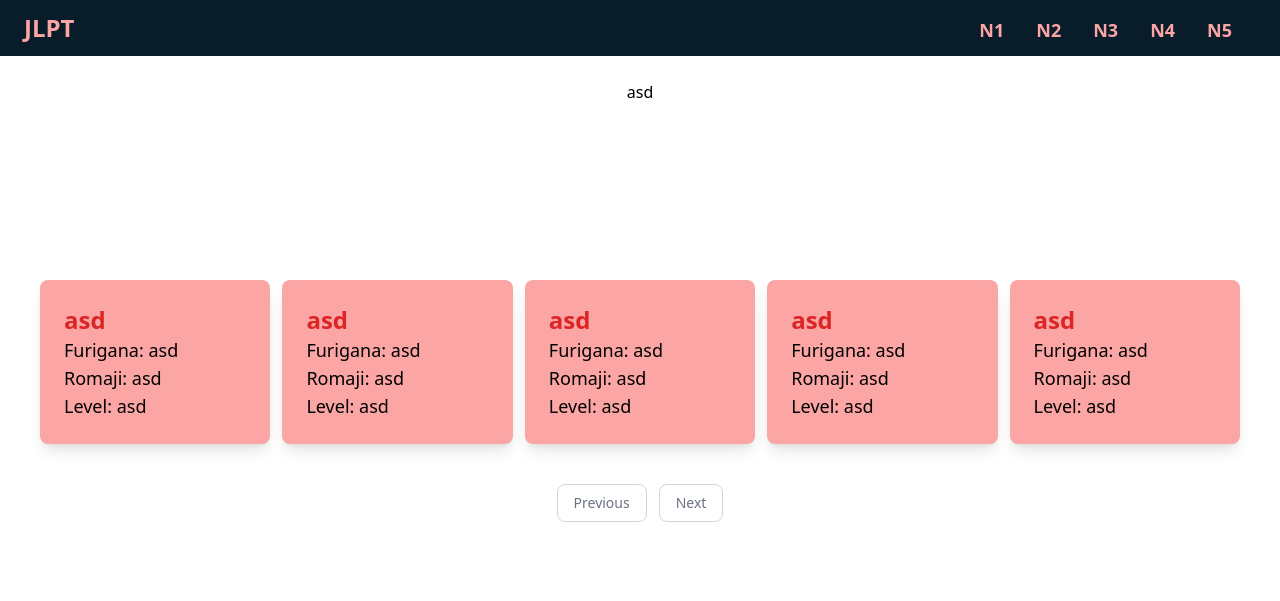
Repository: Penglee25/JLPT-vocabulary
Page: /n1
The author's editor kept a copy of each file at every save. The page is drawn from the files as they stood at one save, then again after a run of saves.
The browser window is 1280 px wide. The pictures show the whole page.
The project was rebuilt for these pictures with package versions that can differ from the ones it lists, and the page was loaded fresh each time. The framework's server and built-in components were replaced by stand-ins that run in the browser. Also part of the build but not shown: next.config.js, src/styles/main.css.

Above is the page before, as saved 2023-03-17 13:41:36.

### src/pages/_app.tsx
import type { AppProps } from 'next/app';
import React from 'react';
import Head from '../components/head';

import '../styles/global.css';
import '../styles/main.css';

function MyApp({ Component, pageProps }: AppProps) {
  return (
    <React.Fragment>
      <Head />
      <Component {...pageProps} />
    </React.Fragment>
  )
}

export default MyApp;

### src/pages/n1.tsx
import Navbar from "../components/navbar";

export default function n1() {

    return (
        <div>
            <Navbar />
            <div className="container p-10">

                <div className="text-center mt-10">
                    <h1>asd</h1>
                </div>


                <div className=" mt-44 grid md:grid-cols-5 gap-3 grid-cols-3">
                    <div key={0} className="block rounded-lg bg-red-300 p-6 shadow-lg dark:bg-neutral-700">
                        <span className='text-2xl font-bold text-red-600'>asd</span>
                        <p className='my-0 text-lg'>Furigana: asd</p>
                        <p className='my-0 text-lg'>Romaji: asd</p>
                        <p className='my-0 text-lg'>Level: asd</p>
                    </div>
                    <div key={0} className="block rounded-lg bg-red-300 p-6 shadow-lg dark:bg-neutral-700">
                        <span className='text-2xl font-bold text-red-600'>asd</span>
                        <p className='my-0 text-lg'>Furigana: asd</p>
                        <p className='my-0 text-lg'>Romaji: asd</p>
                        <p className='my-0 text-lg'>Level: asd</p>
                    </div>
                    <div key={0} className="block rounded-lg bg-red-300 p-6 shadow-lg dark:bg-neutral-700">
                        <span className='text-2xl font-bold text-red-600'>asd</span>
                        <p className='my-0 text-lg'>Furigana: asd</p>
                        <p className='my-0 text-lg'>Romaji: asd</p>
                        <p className='my-0 text-lg'>Level: asd</p>
                    </div>
                    <div key={0} className="block rounded-lg bg-red-300 p-6 shadow-lg dark:bg-neutral-700">
                        <span className='text-2xl font-bold text-red-600'>asd</span>
                        <p className='my-0 text-lg'>Furigana: asd</p>
                        <p className='my-0 text-lg'>Romaji: asd</p>
                        <p className='my-0 text-lg'>Level: asd</p>
                    </div>
                    <div key={0} className="block rounded-lg bg-red-300 p-6 shadow-lg dark:bg-neutral-700">
                        <span className='text-2xl font-bold text-red-600'>asd</span>
                        <p className='my-0 text-lg'>Furigana: asd</p>
                        <p className='my-0 text-lg'>Romaji: asd</p>
                        <p className='my-0 text-lg'>Level: asd</p>
                    </div>
                </div>
                <div className="pagination text-center mt-10">
                    <a href="#" className="inline-flex items-center px-4 py-2 text-sm font-medium text-gray-500 bg-white border border-gray-300 rounded-lg hover:bg-gray-100 hover:text-gray-700 dark:bg-gray-800 dark:border-gray-700 dark:text-gray-400 dark:hover:bg-gray-700 dark:hover:text-white">
                        Previous
                    </a>

                    <a href="#" className="inline-flex items-center px-4 py-2 ml-3 text-sm font-medium text-gray-500 bg-white border border-gray-300 rounded-lg hover:bg-gray-100 hover:text-gray-700 dark:bg-gray-800 dark:border-gray-700 dark:text-gray-400 dark:hover:bg-gray-700 dark:hover:text-white">
                        Next
                    </a>
                </div>
            </div>
        </div>
    )
}

### src/components/head.tsx
import NextHead from 'next/head';

const title = 'JLPT Vocabulary API';
const desc = 'A RESTful / GraphQL API for JPLT vocabulary from N5 to N1';
const url = 'https://jlpt-keiz.vercel.app';

export default function Head() {
  return (
    <NextHead>
      <title>{title}</title>
      <meta name="description" content={desc} />
      <link rel="shortcut icon" type="image/x-icon" href="/icon-r.png" />

      <meta property="og:type" content="website" />
      <meta property="og:title" content={title} />
      <meta property="og:description" content={desc} />
      <meta property="og:url" content={url} />
      <meta property="og:image" content={`${url}/icon-s.png`} />

      <meta name="twitter:card" content="summary" />
    </NextHead>
  );
}

### src/styles/global.css
@tailwind base;
@tailwind components;
@tailwind utilities;

html {
  @apply antialiased;
}

.levels{
  color: #a2a2a2;
  font-weight: 600;
  transition: .3s;
  cursor: pointer;
}

.levels::after{
  content: '\261B';
  margin-left: 5px;
  position: absolute;
}

.levels:hover{
  color: black;
  text-decoration: underline;
}

### src/components/navbar.tsx
import Link from 'next/link'
import { useState } from 'react'

import { navLinks } from '../utils/data'

export default function Navbar() {
    const [isOpen, setIsOpen] = useState(false)
    const animate = useState(true)


    const NavMobile = ({ onClick }: any) => {
        // const animate = useStartAnimation()

        // return (
        //     <div className={`md:hidden flex flex-col text-white font-dosis w-11/12 mx-auto pl-2 pb-5 ${animate? '': 'translate-x-60 -translate-y-7 opacity-0'} transform transition duration-1000`}>

        //     </div>
        // )
    }

    return (
        <div style={{ backgroundColor: '#091c29' }} className='fixed top-0 w-full z-20 px-6'>
            <div className="w-full mx-auto py-3 flex items-center justify-between text-red-300 font-dosis transform transition duration-2500 text-2xl font-bold cursor-pointer">
                <Link href={navLinks[0].path}>
                <h3> JLPT </h3>
                </Link>
                <div className={`hidden md:block ${animate ? '' : 'translate-x-20 opacity-0'} transform transition duration-2500`}>
                    {
                        navLinks.map((nav: any, i) => (
                            <Link key={i} href={nav.path}>
                                <span className='font-bold text-lg mr-4 px-2 cursor-pointer border-b-2 border-transparent hover:border-white anim'>{nav.name}</span>
                            </Link>
                        ))
                    }
                </div>

                <div className='md:hidden -mr-1 flex'>
                </div>
            </div>


        </div>
    )
}

### src/utils/data.ts
export const navLinks = [
    { name: "",
     path: "/"
    },
    {
      name: "N1",
      path: "/n1",
    },
    {
      name: "N2",
      path: "/N2",
    },
    {
      name: "N3",
      path: "/N3",
    },
    {
      name: "N4",
      path: "/N4",
    },
    {
      name: "N5",
      path: "/N5",
    },
  ];

### tailwind.config.js
module.exports = {
	content: ["./src/**/*.tsx"],
	theme: {
		extend: {
			animation: {
				none: "none",
				spin: "spin 1s linear infinite",
				ping: "ping 1s cubic-bezier(0, 0, 0.2, 1) infinite",
				pulse: "pulse 2s cubic-bezier(0.4, 0, 0.6, 1) infinite",
				pulse1s: "pulse1s 1s cubic-bezier(0.4, 0, 0.6, 1) infinite",
				bounce: "bounce 1s infinite",
				newbounce: "newbounce 1s infinite",
				rebounce: "rebounce 1s infinite",
				float: "float 3s infinite",
				refloat: "refloat 3s infinite",
			},
			fontSize: {
				xs: ["0.75rem", { lineHeight: "1rem" }],
				sm: ["0.875rem", { lineHeight: "1.25rem" }],
				base: ["1rem", { lineHeight: "1.5rem" }],
				lg: ["1.125rem", { lineHeight: "1.75rem" }],
				xl: ["1.25rem", { lineHeight: "1.75rem" }],
				"2xl": ["1.5rem", { lineHeight: "2rem" }],
				"3xl": ["1.875rem", { lineHeight: "2.25rem" }],
				"4xl": ["2.25rem", { lineHeight: "2.5rem" }],
				"5xl": ["3rem", { lineHeight: "1" }],
				"6xl": ["3.75rem", { lineHeight: "1" }],
				"7xl": ["4.5rem", { lineHeight: "1" }],
				"8xl": ["6rem", { lineHeight: "1" }],
				"9xl": ["8rem", { lineHeight: "1" }],
			},
		},
	},
	plugins: [require("@tailwindcss/typography")],
};

After the next 2 saves:
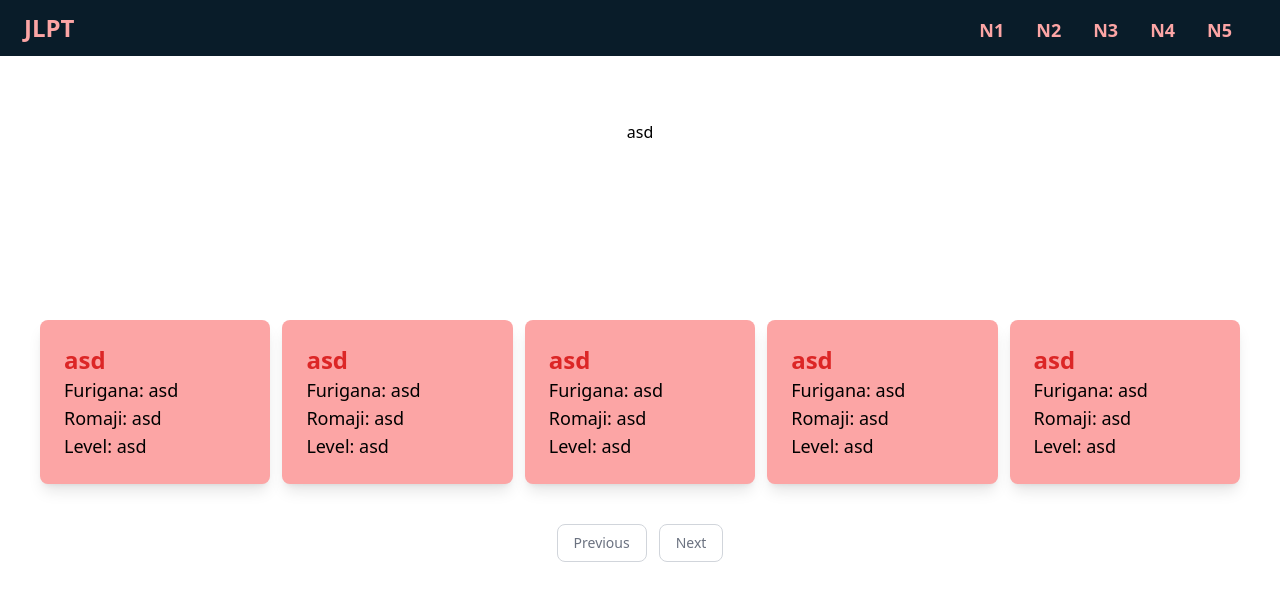
The 2 saves are shown as one change because they came seconds apart.
The last was saved 9 s later.
--- a/src/pages/n1.tsx
+++ b/src/pages/n1.tsx
@@ -7,7 +7,7 @@ export default function n1() {
             <Navbar />
             <div className="container p-10">
 
-                <div className="text-center mt-10">
+                <div className="text-center mt-20">
                     <h1>asd</h1>
                 </div>
 
